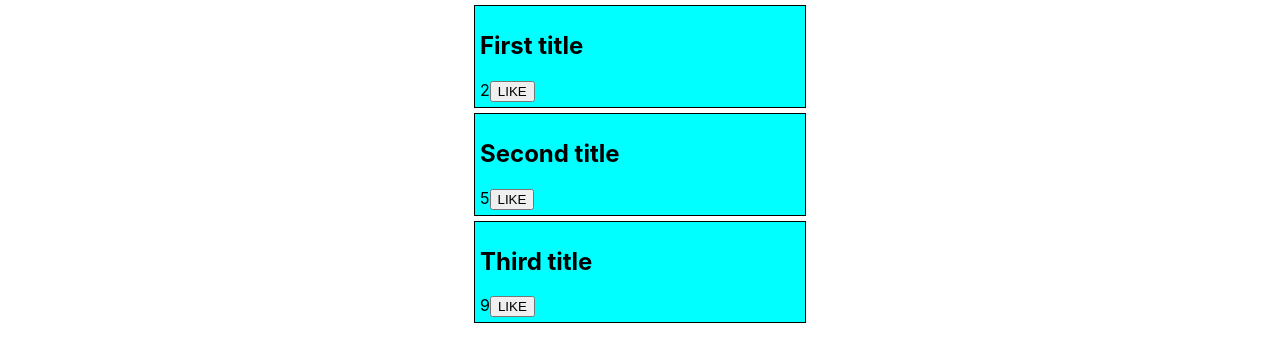
Repository: asapvtec98/egzamin
Page: /
An editor plug-in stored every save of this project. The page is shown before and after the next save, followed by the edit.
The browser window is 1280 px wide. The pictures show the whole page.
The project was rebuilt for these pictures with package versions that can differ from the ones it lists, and the page was loaded fresh each time.

Above is the page before, as saved 2023-11-14 12:32:17.

### src/App.js
import React from "react";
import Komentarz from "./components/Comment";
function App() {
  const comments = [
    {
      title: "First title",
      likes: 2
    },
    {
      title: "Second title",
      likes: 5
    },
    {
      title: "Third title",
      likes: 9
    }
  ]

  const displayComments = comments.map((comment) =>
      <div className="Comment">
        <Komentarz title={comment.title} likes={comment.likes}></Komentarz>
      </div>
  )

  return (
      <div className="App">
        {displayComments}
      </div>
  )
}

export default App;

### src/components/Comment.js
import React, { useState } from "react";
import "./Comment.css";

function Komentarz(props) {
    const [likes, setLike] = useState(false);
    const [count, setCount] = useState(parseInt(props.likes));
    const [show, setShow] = useState(true);

    const handleLikes = () => {
        if(!likes) {
            setLike(true);
            setCount(count + 1);
        } else {
            setLike(false);
            setCount(count - 1);
        }


    };

    return(
        <div className="comment">
            <h2>{props.title}</h2>
            <div>
                    <p className="inline" >{count}</p>
                    <button type="button" onClick={() => {
                        setShow(!show)
                        handleLikes();
                    }}>{show === true ? 'LIKE' : 'DISLIKE'}</button>
            </div>
        </div>
    )

}
export default Komentarz;

### src/components/Comment.css
.comment {
    border: 1px solid black;
    background-color:aqua;
    margin: auto;
    margin-top: 5px;
    margin-bottom: 5px;
    width: 25%;
    padding: 5px;

}


.inline {
    display: inline;
}

button {
    margin-right: 50%;
}

Loaded but not shown: public/index.html (common file); src/index.js (common file); src/index.css (common file); src/reportWebVitals.js (common file)

After the next save:
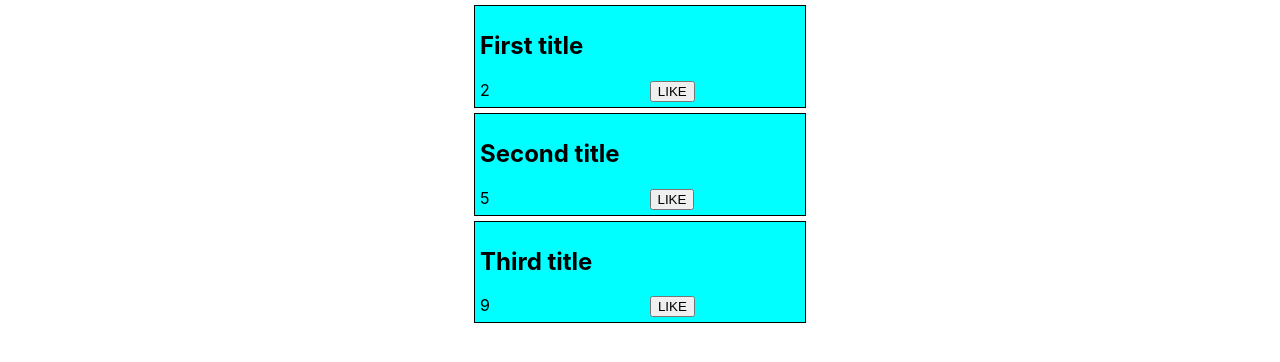
Saved 9 s later.
--- a/src/components/Comment.css
+++ b/src/components/Comment.css
@@ -15,5 +15,5 @@
 }
 
 button {
-    margin-right: 50%;
+    margin-left: 50%;
 }
